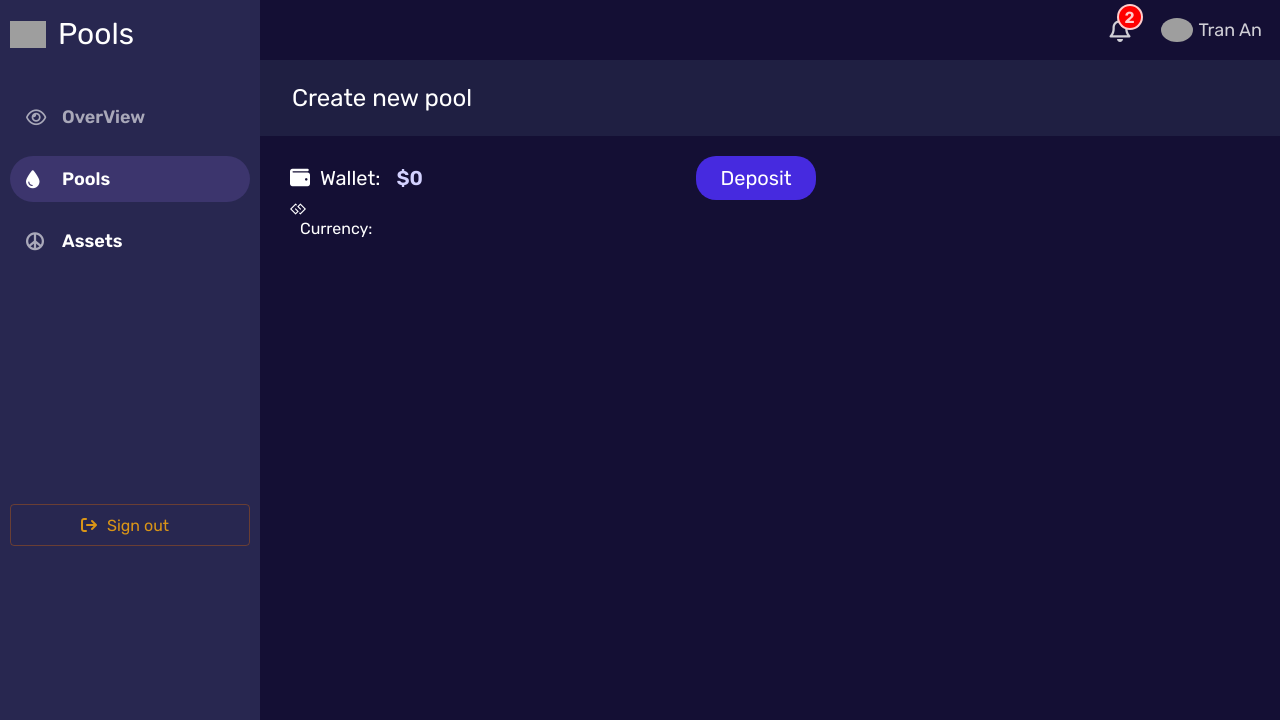
Repository: quynh232000/pools
Page: pool/create-pool.html
The author's editor kept a copy of each file at every save. The page is drawn from the files as they stood at one save, then again after the next save.
The browser window is 1280 px wide. The pictures show the whole page.
Pictures or frames that could not be fetched are drawn as grey boxes.

Above is the page before, as saved 2023-07-14 00:25:40.

### pool/create-pool.html
<!DOCTYPE html>
<html lang="en">
  <head>
    <meta charset="UTF-8" />
    <meta name="viewport" content="width=device-width, initial-scale=1.0" />
    <title>Create Pool</title>

    <link rel="stylesheet" href="../src/css/base.css" />
    <link rel="stylesheet" href="../src/css/style.css" />
    <link rel="stylesheet" href="../src/css/pool.css" />
    <link rel="stylesheet" href="../src/css/create-pool.css" />
    <link
      rel="stylesheet"
      href="https://cdnjs.cloudflare.com/ajax/libs/font-awesome/6.4.0/css/all.min.css"
      integrity="sha512-iecdLmaskl7CVkqkXNQ/ZH/XLlvWZOJyj7Yy7tcenmpD1ypASozpmT/E0iPtmFIB46ZmdtAc9eNBvH0H/ZpiBw=="
      crossorigin="anonymous"
      referrerpolicy="no-referrer"
    />
  </head>
  <body>
    <div class="container">
      <div class="sidebar">
        <div class="sidebar-logo">
          <img src="https://sef-eco.vercel.app/assets/images/logo.png" alt="" />
          <span>Pools</span>
        </div>
        <div class="sidebar-items">
          <div class="sidebar-list">
            <div class="sidebar-item">
              <i class="fa-regular fa-eye"></i>
              <div class="sidebar-item-name">OverView</div>
            </div>
            <div class="sidebar-item sidebar-item-active">
              <i class="fa-solid fa-droplet"></i>
              <a href="/pool.html" class="sidebar-item-name">Pools</a>
            </div>
            <div class="sidebar-item">
              <i class="fa-solid fa-peace"></i>
              <a href="/index.html" class="sidebar-item-name">Assets</a>
            </div>
          </div>

          <div class="sidebar-sign-out">
            <i class="fa-solid fa-arrow-right-from-bracket"></i>
            <div class="sidebar-item-name">Sign out</div>
          </div>
        </div>
      </div>
      <div class="content">
        <div class="header">
          <div class="header-noti">
            <i class="fa-regular fa-bell"></i>
            <div class="header-noti-count">2</div>
          </div>
          <div class="header-user">
            <img
              src="https://static.vecteezy.com/system/resources/previews/002/002/257/original/beautiful-woman-avatar-character-icon-free-vector.jpg"
              alt=""
            />
            <div class="header-user-name">Tran An</div>
          </div>
        </div>
        <!-- body -->
        <div class="content-title">Create new pool</div>
        <div class="create-body">
          <div class="create-wallet">
            <i class="fa-solid fa-wallet"></i>
            <div class="create-wallet-title">Wallet:</div>
            <span>$0</span>
            <div class="create-btn">Deposit</div>
          </div>
          <div class="create-select-money">
            <i class="fa-brands fa-gg"></i>
            <div class="create-wallet-title">Currency:</div>
          </div>
        </div>
      </div>
    </div>
  </body>
</html>

### src/css/base.css
@import url('https://fonts.googleapis.com/css2?family=Rubik:wght@300;400;500;600;700&display=swap');
 :root{
    --primary-color:#fff;
    --text-color:#fff;
    --text-1-color:rgb(211, 209, 255);
    --bg-color:#140f34;
    --bg-item-color:#282750;

 }
*{
    box-sizing: inherit;
}
html,body{
    box-sizing: border-box;
    margin: 0;
    padding: 0;
    font-family: 'Rubik', sans-serif;
    color: var(--text-color);
}
a{
    color: white;
    text-decoration: none;
}

### src/css/style.css
.container{
    width: 100%;
    min-height: 100vh;
    background-color: var(--bg-color);
    display: flex;
}
.sidebar{
    width: 20%;
    min-width: 260px;
    max-width: 400px;
    display: flex;
    flex-direction: column;
    min-height: 100vh;
    background-color: var(--bg-item-color);
}
.sidebar-logo{
    display: flex;
    width: 100%;
    align-items: center;
    padding: 16px 10px;
}
.sidebar-logo img{
    width: 15%;
}
.sidebar-logo span{
    font-size: 30px;
    color: var(--primary-color);
    margin-left: 12px;

}
.sidebar-items{
    padding: 26px 10px;
    display: flex;
    flex-direction: column;
    justify-content: space-between;
    min-height: 70vh;
}
.sidebar-list{

}
.sidebar-item{
    font-size: 18px;
    display: flex;
    align-items: center;
    padding: 12px 16px;
    border-radius: 40px;
    color: rgb(255 255 255/.6);
    margin-bottom: 16px;
    font-weight: 600;
    transition: color .3s;
}
.sidebar-item:hover{
    cursor: pointer;
    color: rgb(255 255 255/.8);
}
.sidebar-item-active{
    background-color:#3c356d ;
    color: var(--text-color);
}
.sidebar-item i{
    min-width: 36px;
}
.sidebar-sign-out{
    display: flex;
    align-items: center;
    color: rgb(218, 149, 23);
    text-align: center;
    border: 1px solid rgba(202, 98, 12,.4);
    justify-content: center;
    padding-right: 10px;
    border-radius: 4px;
    transition: color border .3s;
}
.sidebar-sign-out:hover{
    cursor: pointer;
    color: rgb(253, 166, 5);
    border: 1px solid rgba(202, 98, 12,.5);
}
.sidebar-sign-out i{
    margin-right: 10px;
    padding: 12px 0;
}

.content{
    width: 85%;
    min-height: 100vh;
    /* background-color: var(--bg-color); */
}
.header{
    display: flex;
    justify-content: flex-end;
    padding: 18px;
    color: rgb(255 255 255/.8);
    align-items: center;
}
.header-user{
    display: flex;
    align-items: center;
    font-size: 18px;

}
.header-user img {
    width: 32px;
    border-radius: 50%;
    margin-right: 6px;
}
.header-noti{
    display: flex;
    margin-right: 30px;
    font-size: 20px;
    position: relative;
    font-size: 24px;
}
.header-noti-count{
    width: 26px;
    height: 26px;
    position: absolute;
    top: -14px;
    left: 7px;
    border: 2px solid  rgb(255 255 255/.8);
    text-align: center;
    border-radius: 50%;
    font-size: 16px;
    display: flex;
    align-items: center;
    justify-content: center;
    background-color: var(--bg-color);
    background-color: red;
    font-weight: 600;

}
.content-title{
    background-color: #1f1f42;
    padding: 24px 32px;
    font-size: 24px;
}
.content-list{
    display: flex;
    flex-direction: column;
    align-items: center;
    padding: 0 40px;
}
.content-list-body{
    width: 100%;
    margin-top: 20px;

}
.content-nav{
    width: 100%;
    display: flex;
    justify-content: space-between;
    padding: 12px 26px;
    margin: 10px 0;
    transition: background-color .2s ;
}
.content-nav:hover{
    background-color: #2d2d44;
}
.nav-left{
    width: 50%;
    display: flex;
    align-items: center;
    justify-content: space-between;
    font-size: 22px;

}
.nav-left-info{
    display: flex;
    align-items: center;
}
.nav-left-info img{
    width: 32px;
    margin-right: 8px;
}
.nav-left-name{
    font-size: 22px;
}
.nav-left-balance{
    display: flex;
    flex-direction: column;
    align-items: center;
    flex: 1;
}
.nav-left-balance span:nth-child(2){
    font-size: 20px;
    color: #a8a8a8;
}


.nav-right{
    width: 40%;
    display: flex;
    justify-content: space-between;
    align-items: center;
    color: #b3b1fd;
}
.nav-right span{
    transition: color .3s;
}
.nav-right span i{
    font-size: 16px !important;
    margin-left: 4px;
}
.nav-right span:hover{
    color:#f8c2b0;
    cursor: pointer;
}
.nav-text{
    color: #b3b1fd;
    font-size: 20px;
}
.nav-right .nav-tex:hover{
    color: #b3b1fd !important;
    cursor: no-drop;
}

### src/css/pool.css
.p-content-body{
    width: 100%;
    display: flex;
    flex-wrap: wrap;
    padding: 20px 10px;
}
.content-item-wrapper{
    width: 33.333%;
    padding: 10px ;
}
.p-content-item{
    border-radius: 6px;
    background-color: var(--bg-item-color);
    padding: 14px;
    transition: background-color .3s ease;
}
.p-content-item:hover{
    background-color: #2e2e60;
}
.p-content-item-top{
    display: flex;
    align-items:flex-start;

}
.p-content-item-img{
    margin-right: 6px;
}
.p-content-item-top-info{
    display: flex;
    flex-direction: column;
}
.p-content-item-top-info span{
    padding-top: 4px;
}
.p-content-item-top-info p{
    margin: 4px 0 10px 0;
    color: #a7a3a3;
}
.p-content-item-bottom{
    display: flex;
}
.p-item-type{
    margin-right: 10px;
    padding: 0 8px;
    text-align: center;
}
.p-item-type:first-child{
    border-right: 1px solid gray;
    padding-right: 16px;
}
.p-item-type span{
    font-size: 14px;
    color: #a7a3a3;
    /* font-weight: 600; */
}
.p-item-type p{
    margin: 0;
}
.add-pool{
    display: flex;
    flex-direction: column;
    align-items: center;
    font-size: 20px;
    min-height: 122px;
    justify-content: center;
}
.add-pool i{
    font-size: 26px;
    margin-bottom: 6px;
}

### src/css/create-pool.css
.create-body{
    width: 100%;
    display: flex;
    flex-direction: column;
    padding: 20px 30px;
}
.create-wallet{
    display: flex;
    font-size: 20px;
    align-items: center;
}
.create-wallet-title{
    margin: 0 16px 0 10px;

}
.create-wallet span{
    color: var(--text-1-color);
    min-width: 300px;
    font-weight: 600;
}
.create-btn{
    background-color: rgb(70, 42, 223);
    padding: 10px 24px;
    border-radius: 20px;
    display: flex;
    justify-content: center;
    align-items: center;
    transition: background-color .3s ease;
}
.create-btn:hover{
    background-color: #6a67ea;
    cursor: pointer;
}

After the next save:
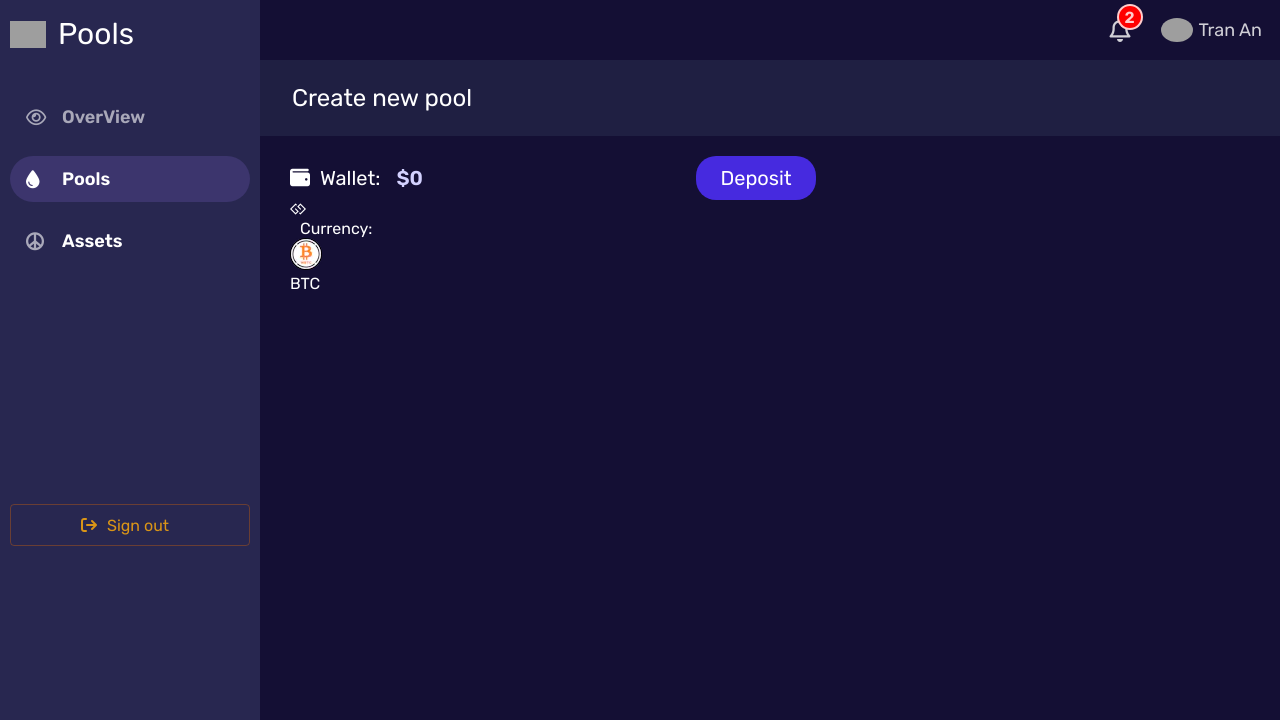
Saved 110 s later.
--- a/pool/create-pool.html
+++ b/pool/create-pool.html
@@ -72,6 +72,12 @@
           <div class="create-select-money">
             <i class="fa-brands fa-gg"></i>
             <div class="create-wallet-title">Currency:</div>
+            <div class="create-select-type-money">
+              <span>
+                <img src="../src/img/btc.png" alt="" />
+                <div class="type-money-name">BTC</div>
+              </span>
+            </div>
           </div>
         </div>
       </div>
